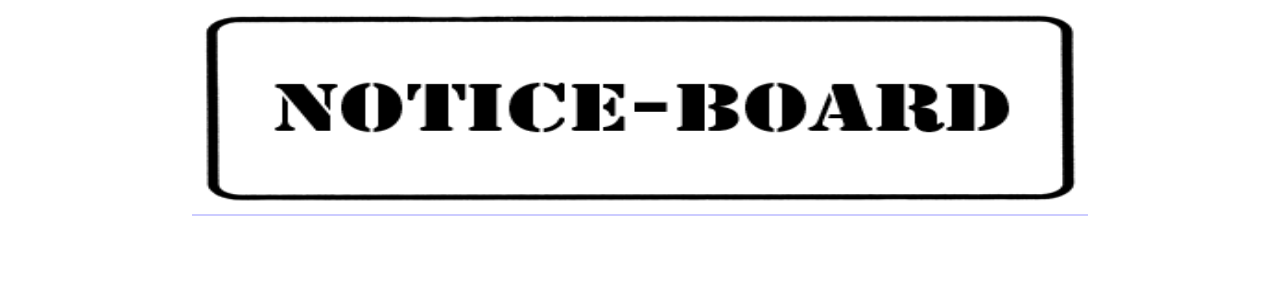
Repository: Rummikub/DBStudy
Page: HTML Project3/WebContent/html/detail.html
The author's editor kept a copy of each file at every save. The page is drawn from the files as they stood at one save, then again after a run of saves.
The browser window is 1280 px wide. The pictures show the whole page.

Above is the page before, as saved 2020-02-05 07:08:01.

After the next 2 saves:
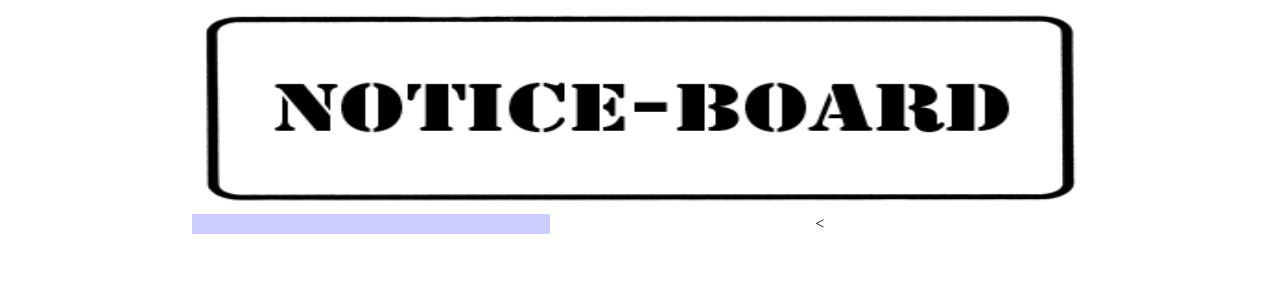
The 2 saves are shown as one change because they came seconds apart.
The last was saved 21 s later.
--- a/HTML Project3/WebContent/html/detail.html
+++ b/HTML Project3/WebContent/html/detail.html
@@ -10,6 +10,7 @@
 	<table border=0 width=900>
 		<tr>
 		 <th width=20% bgcolor="#ccccff"></th>
+		 <td width=30% align="center"><
 	</table>
 	</center>
 </body>
